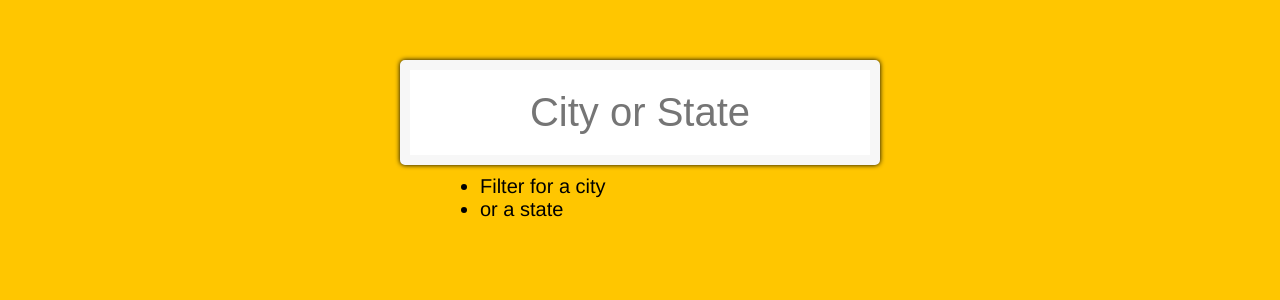
Repository: Saieebawake/Type-Ahead-City-or-State-Search
Page: index.html
An editor plug-in stored every save of this project. The page is shown before and after the next save, followed by the edit.
The browser window is 1280 px wide. The pictures show the whole page.
The page's requests for data from a server got no answer.

Above is the page before, as saved 2026-09-27 20:37:24.

### index.html
<!DOCTYPE html>
<html lang="en">
<head>
    <meta charset="UTF-8">
    <meta name="viewport" content="width=device-width, initial-scale=1.0">
    <title>Type Ahead</title>
    <link rel="stylesheet" href="style.css">
</head>
<body>
    <form class="search-form">
        <input type="text" class="search" placeholder="City or State">
        <ul class="suggestions">
            <li>Filter for a city</li>
            <li>or a state</li>
        </ul>
    </form>
    <script src="script.js"></script>
</body>
</html>

### style.css
html {
    box-sizing: border-box;
    background: #ffc600;
    font-family: 'helvetica neue';
    font-size: 20px;
    font-weight: 200;
}

*, *:before, *:after {
    box-sizing: inherit;
}

input {
    width: 100%;
    padding: 20px;
}

.search-form {
    max-width: 400px;
    margin: 50px auto;
}

input.search {
    margin: 0;
    text-align: center;
    outline: 0;
    border: 10px solid #f7f7f7;
    width: 120%;
    left: -10%;
    position: relative;
    top: 10px;
    z-index: 2;
    border-radius: 5px;
    font-size: 40px;
    box-shadow: 0 0 5px
}

### script.js
const endpoint = 'https://gist.githubusercontent.com/Miserlou/c5cd8364bf9b2420bb29/raw/2bf258763cdddd704f8ffd3ea9a3e81d25e2c6f6/cities.json'

const cities = [];

fetch(endpoint)
.then(blob => blob.json())
.then(data => cities.push(...data))

function findMatches(wordToMatch, cities) {
    return cities.filter(place => {
        const regex = new RegExp(wordToMatch, 'gi');
        return place.city.match(regex) || place.state.match(regex)
    });
}

function numberWithCommas(x) {
    return x.toString().replace(/|B(?=(\d{3})+(?!\d))/g, ',');
}

function displayMatches() {
    const matchArray = findMatches(this.value, cities);
    const html = matchArray.map(place => {
        const regex = new RegExp(this.value, 'gi');
        const cityName = place.city.replace(regex,`<span class="hl">${this.value}</span>`);
        const stateName = place.state.replace(regex,`<span class="hl">${this.value}</span>`);
        return `
        <li>
        <span class="name">${cityName}, ${stateName}</span>
        <span class="population">${numberWithCommas(place.population)}</span>
        </li>`;
    }).join('');
    suggestions.innerHTML = html;
}

const searchInput = document.querySelector('.search');
const suggestions = document.querySelector('.suggestions');

searchInput.addEventListener('change', displayMatches);
searchInput.addEventListener('keyup', displayMatches);

After the next save:
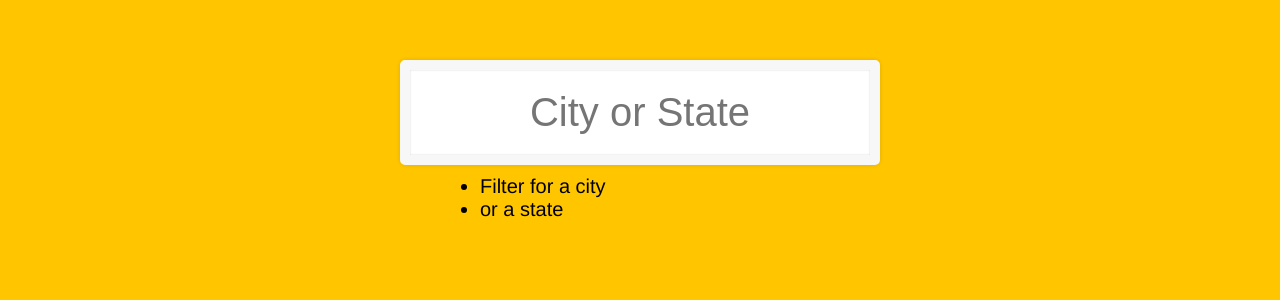
Saved 8 s later.
--- a/style.css
+++ b/style.css
@@ -32,5 +32,6 @@ input.search {
     z-index: 2;
     border-radius: 5px;
     font-size: 40px;
-    box-shadow: 0 0 5px
+    box-shadow: 0 0 5px rgba(0, 0, 0, 0.12), inset 0 0 2px rgba(0, 0, 0, 0.19);
 }
+}
